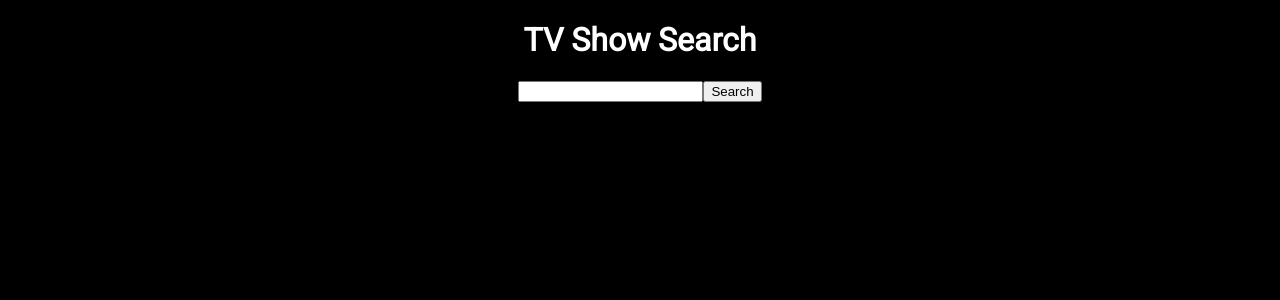
Repository: shayanabedi98/tv-search-react
Page: /
An editor plug-in stored every save of this project. The page is shown before and after a run of saves, followed by the edit.
The browser window is 1280 px wide. The pictures show the whole page.
The project was rebuilt for these pictures with package versions that can differ from the ones it lists, and the page was loaded fresh each time. Also part of the build but not shown: vite.config.js.

Above is the page before, as saved 2024-01-02 02:23:07.

After the next 2 saves:
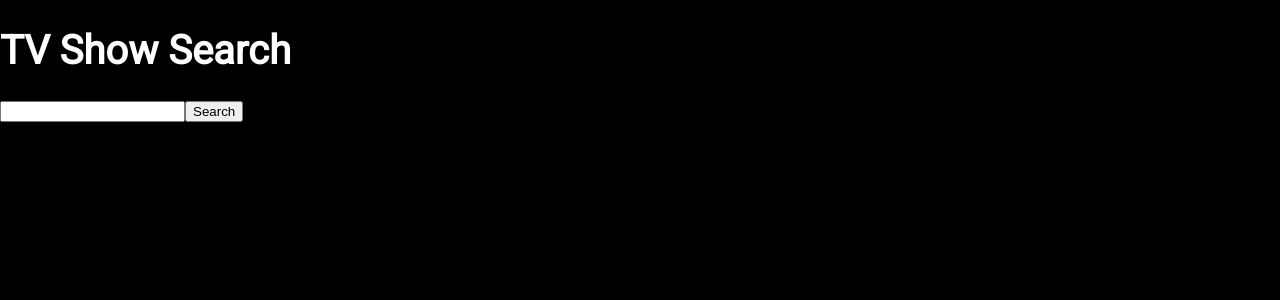
The 2 saves are shown as one change because they came seconds apart.
The last was saved 16 s later.
--- a/src/index.css
+++ b/src/index.css
@@ -6,9 +6,8 @@ body {
   padding: 0;
   background-color: black;
   color: white;
-  text-align: center
 }
 
 .search h1 {
-  font-size: ;
+  font-size: 40px;
 }
